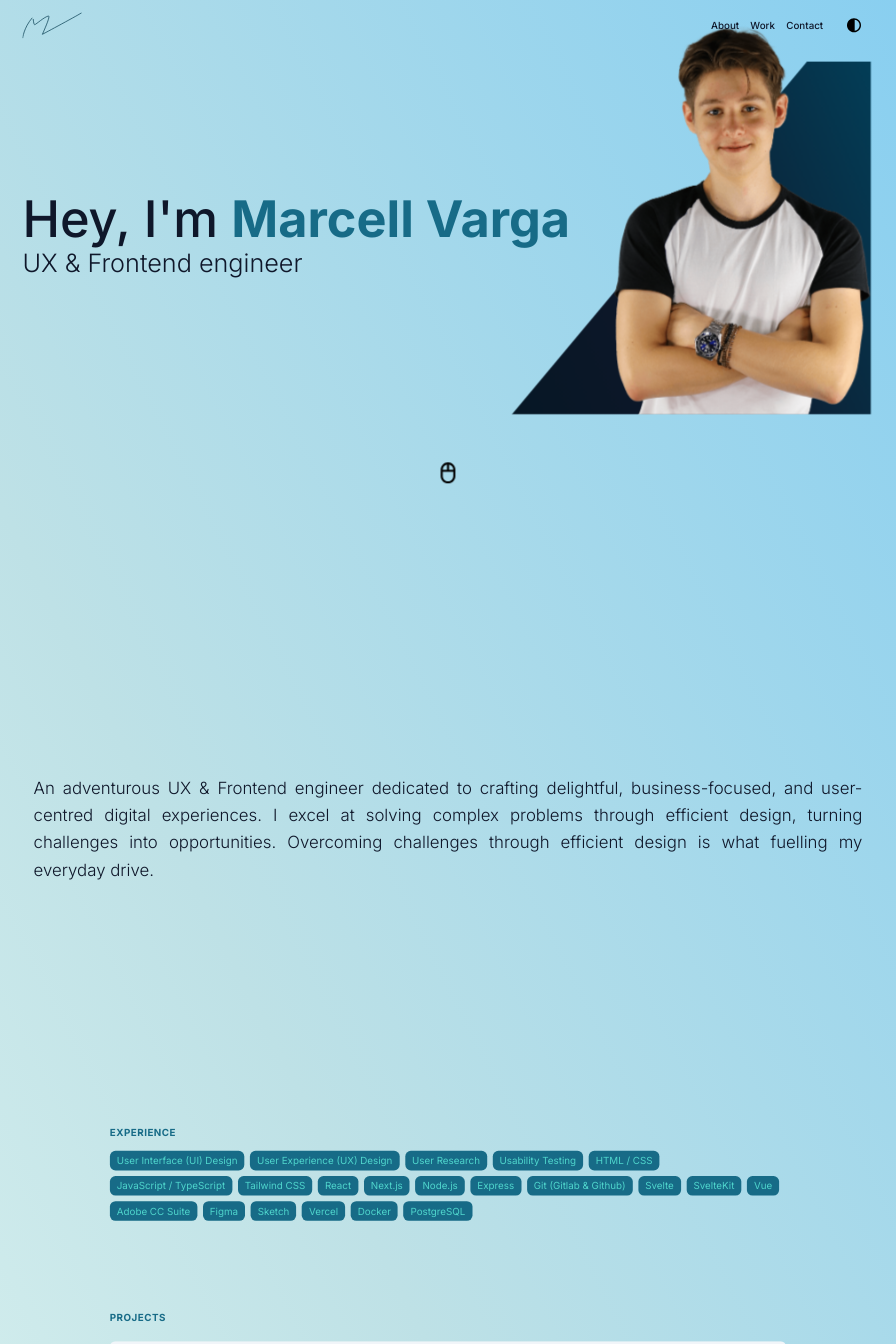
Repository: TheMarcellVarga/personal-portfolio-v.2
Page: /
These files come from the project's save history. The page is drawn as it stood at one moment and after a run of saves; the edit follows.
The browser window is 1280 px wide. The pictures show the part of the page from y = 0 to 1920 px (the page is 4294 px tall), at 70% of full size.
The project was rebuilt for these pictures with package versions that can differ from the ones it lists, and the page was loaded fresh each time. The framework's server and built-in components were replaced by stand-ins that run in the browser. Also part of the build but not shown: next.config.mjs.

Above is the page before, as saved 2024-07-19 00:21:01.

After the next 2 saves:
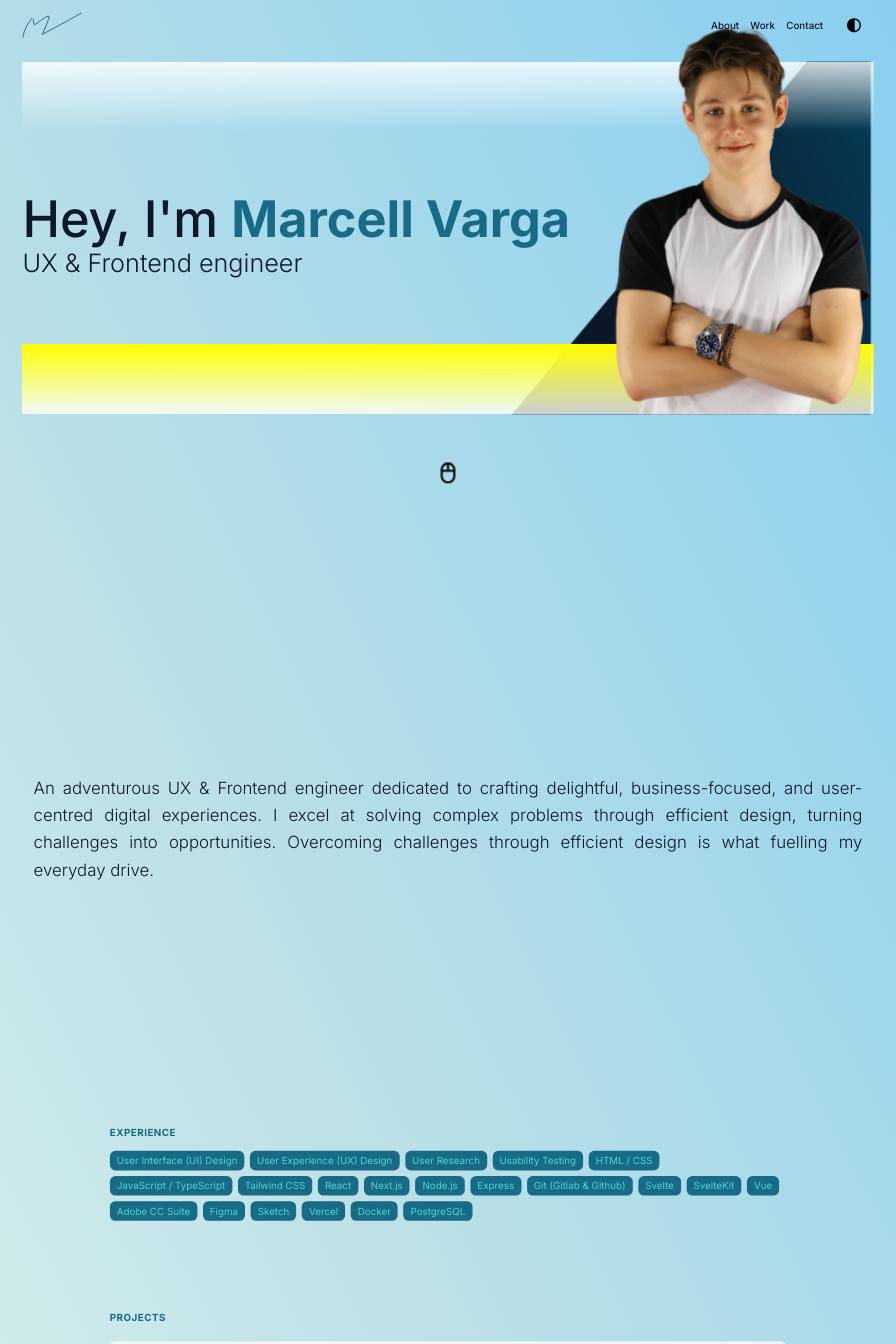
The 2 saves are shown as one change because 1 did not build or start.
The last was saved 17 s later.
--- a/app/globals.css
+++ b/app/globals.css
@@ -285,3 +285,22 @@ body {
 .light-mode .triangle-bg-svg path:first-child {
   fill: #F8F8F8;
 }
+
+.main-container::before,
+.main-container::after {
+  content: '';
+  position: absolute;
+  width: 100%;
+  height: 100px; /* Adjust based on your design */
+  z-index: 10; /* Ensure it's above other content but below the profile image */
+}
+
+.main-container::before {
+  top: 0;
+  background-image: linear-gradient(to bottom, rgba(255, 255, 255, 0.8), rgba(255, 255, 255, 0)); /* Fades to transparent */
+}
+
+.main-container::after {
+  bottom: 0;
+  background-image: linear-gradient(to top, rgba(255, 255, 255, 0.8), rgba(255, 255, 0)); /* Fades to transparent */
+}
